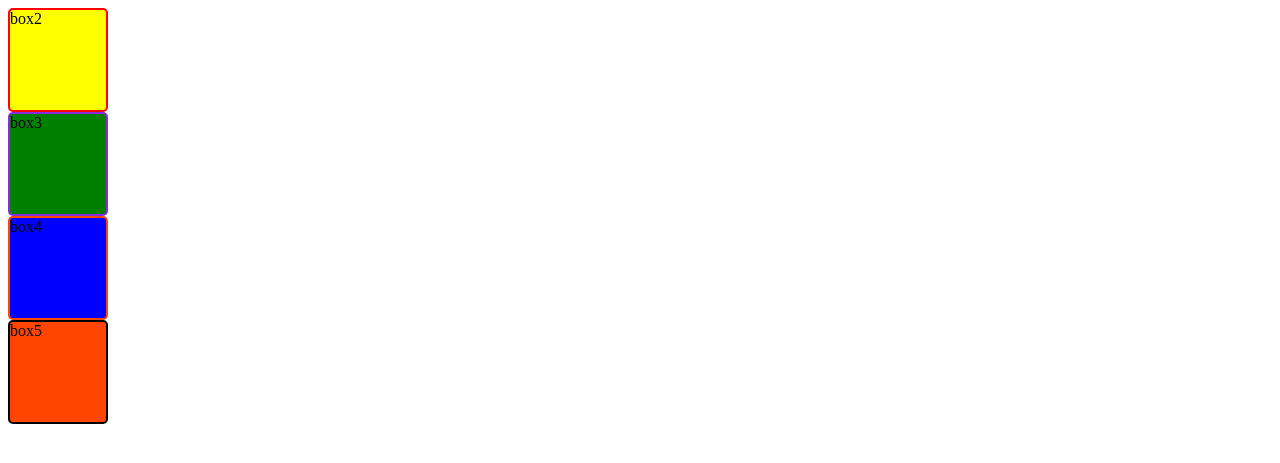
Repository: ABDUSALIMSUBAHIELBASHI/full-html-css-js
Page: Desktop/coding/css/indexday2.html
An editor plug-in stored every save of this project. The page is shown before and after the next save, followed by the edit.
The browser window is 1280 px wide. The pictures show the whole page.

Above is the page before, as saved 2025-09-16 11:14:36.

After the next save:
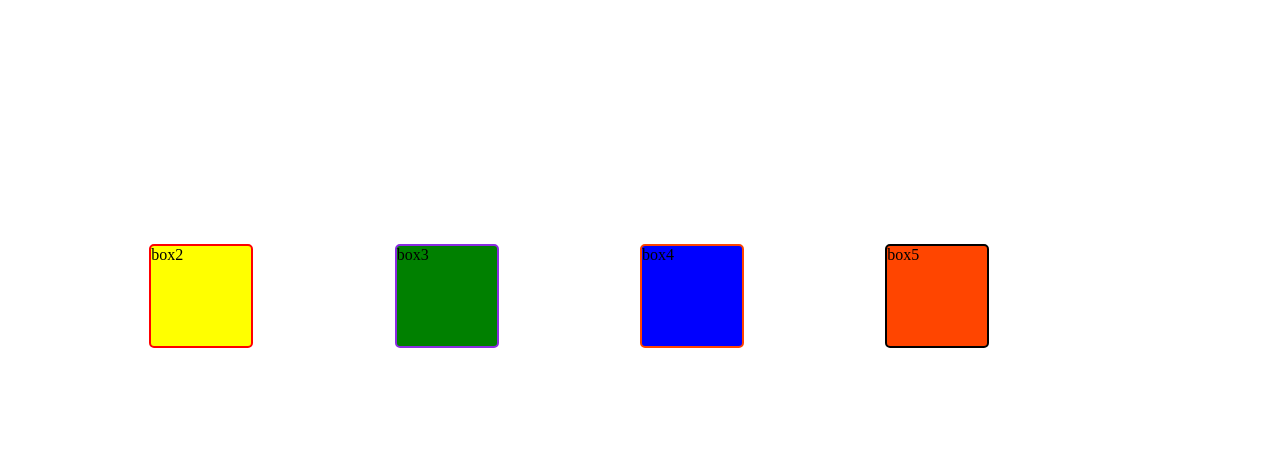
Saved 72 s later.
--- a/Desktop/coding/css/indexday2.html
+++ b/Desktop/coding/css/indexday2.html
@@ -6,7 +6,7 @@
     <title>Document</title>
 </head>
 <body>
-<div id="box" class="container">
+<div class="container">
     <div id="box" class="box2">box2</div>
     <div id="box" class="box3">box3</div>
     <div id="box" class="box4">box4</div>
